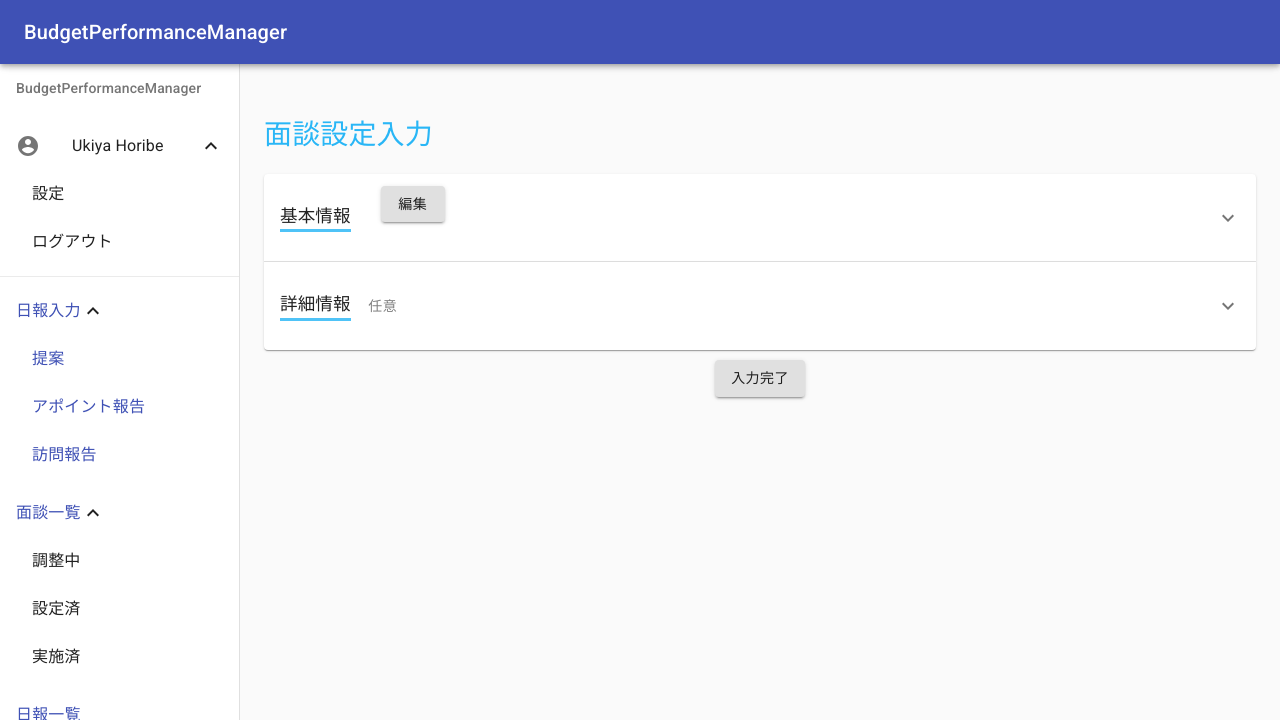
Repository: ukiyah/test
Page: /form_confirm_interview (app in src/)
These files come from the project's save history. The page is drawn as it stood at one moment and after the next save; the edit follows.
The browser window is 1280 px wide. The pictures show the whole page.
The project was rebuilt for these pictures with package versions that can differ from the ones it lists, and the page was loaded fresh each time. Also part of the build but not shown: src/Button.js, src/proposal/Table.js, src/proposal/list_proposal.js, src/Title.js, src/Chart.js, src/Deposits.js, src/Orders.js, src/Dashboard.js and 19 more. Imported but missing from the stored project, and not drawn on this page: src/appointment/visit/form_visit.

Above is the page before, as saved 2020-02-27 15:28:01.

After the next save:
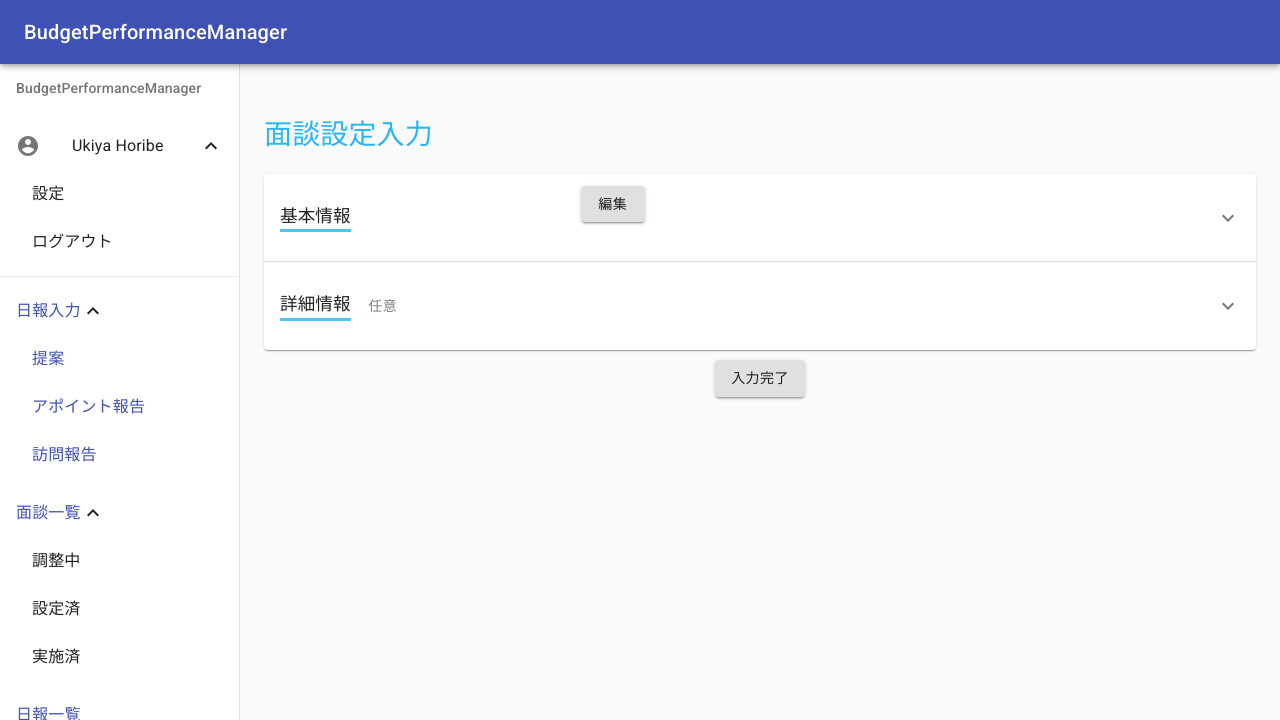
Saved 5 s later.
--- a/src/interview/confirm/ExpansionPanel.jsx
+++ b/src/interview/confirm/ExpansionPanel.jsx
@@ -41,7 +41,7 @@ export default function SimpleExpansionPanel() {
             <h3 style={{ fontWeight: "normal", borderBottom: "solid 3px #4FC3F7" }}>
             基本情報
             </h3>
-            <span style={{display: "inline", marginLeft: 30 }}>
+            <span style={{display: "inline", marginLeft: 230 }}>
               <Button variant="contained" >編集</Button>
             </span>
           </div>
